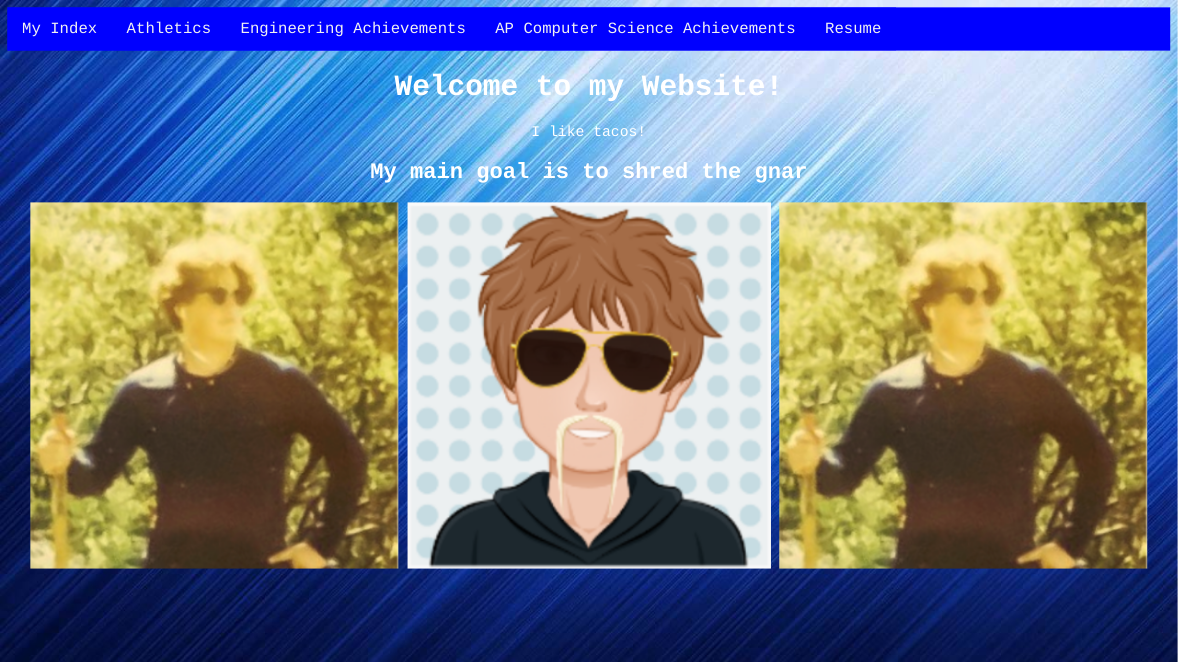
Repository: jacobsirois/jacobsirois.github.io
Page: index.html
The author's editor kept a record of every edit. The page is drawn from the files as they stood at one moment, then again after the next edit.
The browser window is 1280 px wide. The pictures show the whole page, at 92% of full size.
Backgrounds fixed to the window are drawn as part of the page.

Above is the page before.
Not found: index.css

### index.html
<!DOCTYPE html>
<html>
<head>
<title>Page Title</title>
<meta name="viewport" content="width=device-width, initial-scale=1">
<style>
body {
  font-family: courier;
}

.topnav {
  overflow: hidden;
  background-color: blue;
}

.topnav a {
  float: left;
  display: block;
  background-color: blue;
  color: #f2f2f2;
  text-align: center;
  padding: 14px 16px;
  text-decoration: none;
  font-size: 17px;
}

.topnav a:hover {
  background-color: #ddd;
  color: black;
}

.active {
  background-color: #ff66a3;
  color: white;
}

.topnav .icon {
  display: none;
}

@media screen and (max-width: 600px) {
  .topnav a:not(:first-child) {display: none;}
  .topnav a.icon {
    float: right;
    display: block;
  }
}

@media screen and (max-width: 600px) {
  .topnav.responsive {position: relative;}
  .topnav.responsive .icon {
    position: absolute;
    right: 0;
    top: 0;
  }
  .topnav.responsive a {
    float: none;
    display: block;
    text-align: left;
  }
}
</style>
<style>
body {
  background-image: url('anotha background.jpg');
  background-repeat: no-repeat;
  background-attachment: fixed;
  background-size: 100% 100%;
}
</style>
<script>
function myFunction() {
    var x = document.getElementById("myTopnav");
    if (x.className === "topnav") {
        x.className += " responsive";
    } else {
        x.className = "topnav";
    }
}
</script>

<title>
"About Me"
<meta charset="utf-8">
</title>
<link href="index.css" rel="stylesheet" type="text/css">
<meta name="viewport" content="width=device-width, initial-scale=1">
<link rel="stylesheet" href="https://cdnjs.cloudflare.com/ajax/libs/font-awesome/4.7.0/css/font-awesome.min.css">



<div class="topnav" id="myTopnav">
  <a href="index.html" class="active">My Index</a>
  <a href="athletics.html">Athletics</a>
  <a href="engineering.html">Engineering Achievements</a>
  <a href="compsci.html">AP Computer Science Achievements</a>
  <a href="resume.html">Resume</a>
  <a href="javascript:void(0);" class="icon" onclick="myFunction()">
    <i class="fa fa-bars"></i>
  </a>
</div>

<h1 style="text-align:center;color:White;">Welcome to my Website!</h1>
<p style="text-align:center;color:White;">I like tacos!</p>
<h2 style="text-align:center;color:White;">My main goal is to shred the gnar</h2>
<center>
<img src="images/me pic.PNG" alt="Italian Trulli">
<img src="images/avatar.jpg" alt="Italian Trulli">
<img src="images/me pic.PNG" alt="Italian Trulli">



</body>
</html>

After the next edit:
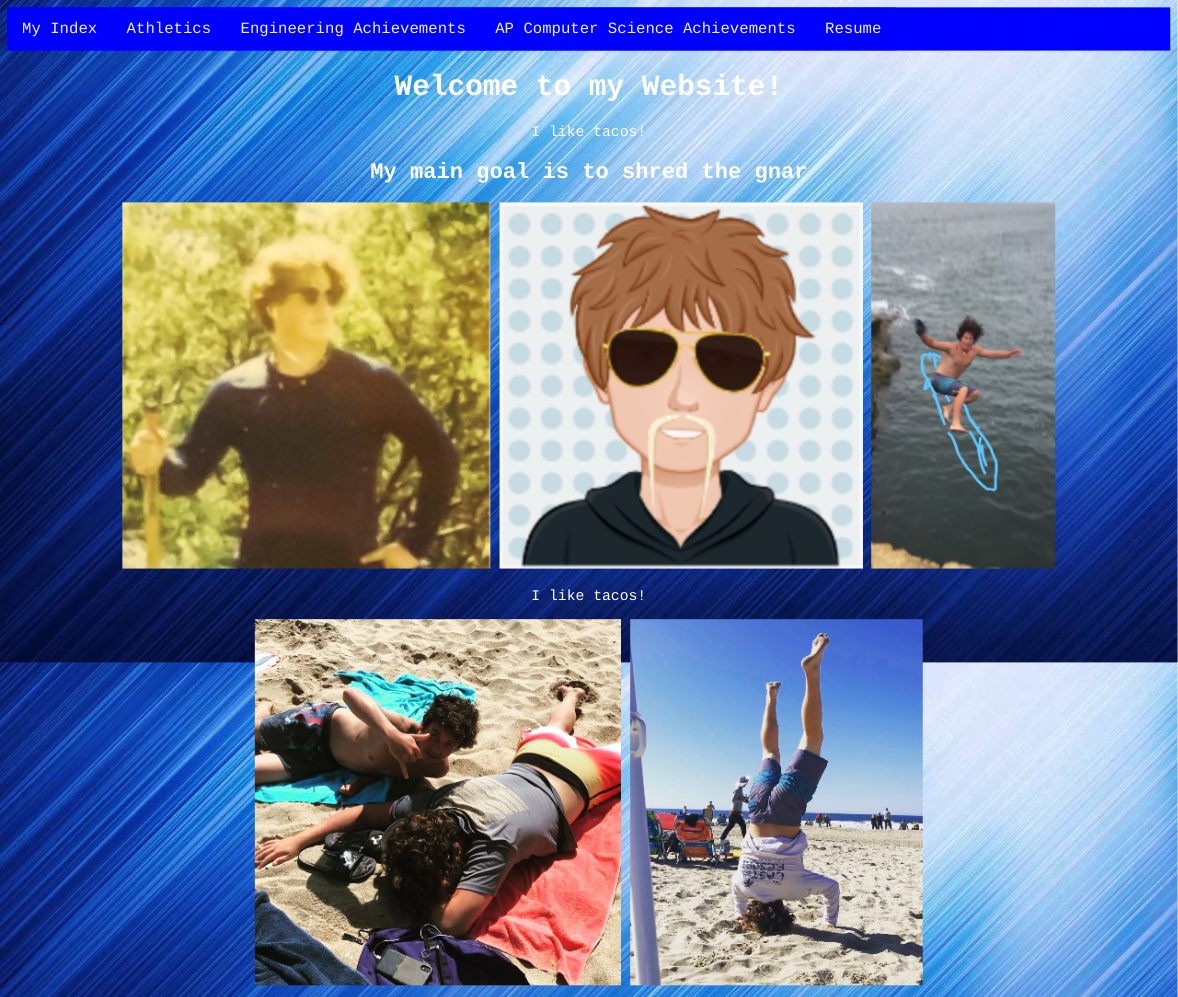
The edit:
--- a/index.html
+++ b/index.html
@@ -106,8 +106,13 @@
 <center>
 <img src="images/me pic.PNG" alt="Italian Trulli">
 <img src="images/avatar.jpg" alt="Italian Trulli">
-<img src="images/me pic.PNG" alt="Italian Trulli">
-
+<img src="images/Surf.jpg" alt="Italian Trulli">
+</center>
+<p style="text-align:center;color:White;">I like tacos!</p>
+<center>
+<img src="images/a.jpg" alt="Italian Trulli">
+<img src="images/aa.jpg" alt="Italian Trulli">
+</center>
 
 
 </body>
